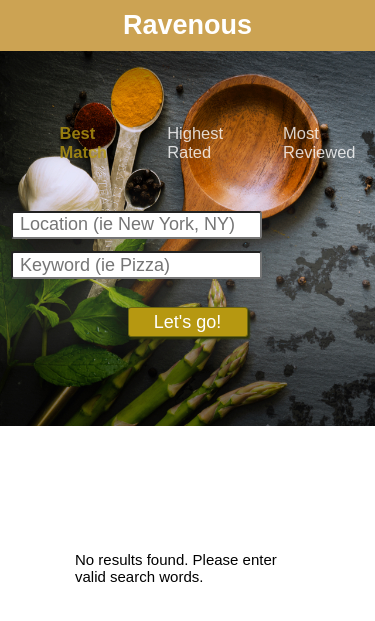
Repository: LolaSL/Ravenous
Page: /
These files come from the project's save history. The page is drawn as it stood at one moment and after the next save; the edit follows.
The browser window is 375 px wide. The pictures show the whole page.
The page's requests for data from a server got no answer. The project was rebuilt for these pictures with package versions that can differ from the ones it lists, and the page was loaded fresh each time. No one was signed in, and anything a server would have sent is missing. Also part of the build but not shown: src/Business/Business.js.

Above is the page before, as saved 2024-03-24 12:21:22.

After the next save:
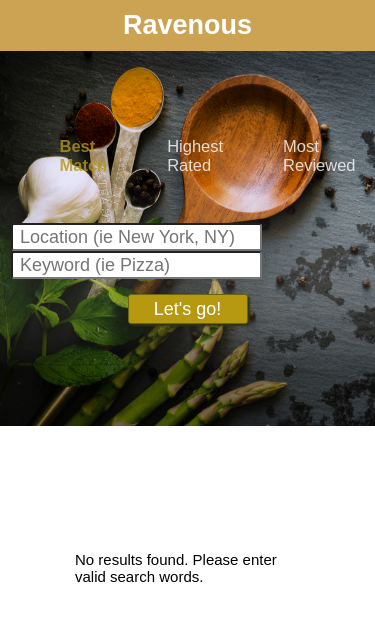
Saved 18 s later.
--- a/src/SearchBar/SearchBar.css
+++ b/src/SearchBar/SearchBar.css
@@ -82,7 +82,7 @@
 
   .search-input {
     margin-right: 0 auto;
-    margin-bottom: 0.86rem;
+
   }
 
 }

After the save that followed:
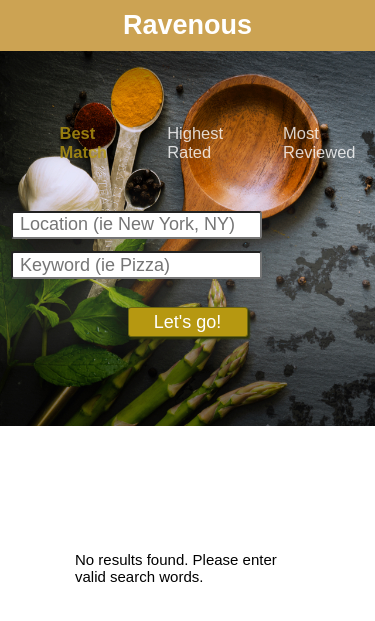
Saved 7 s later.
--- a/src/SearchBar/SearchBar.css
+++ b/src/SearchBar/SearchBar.css
@@ -82,7 +82,7 @@
 
   .search-input {
     margin-right: 0 auto;
-
+    margin-bottom: 0.86rem;
   }
 
 }
